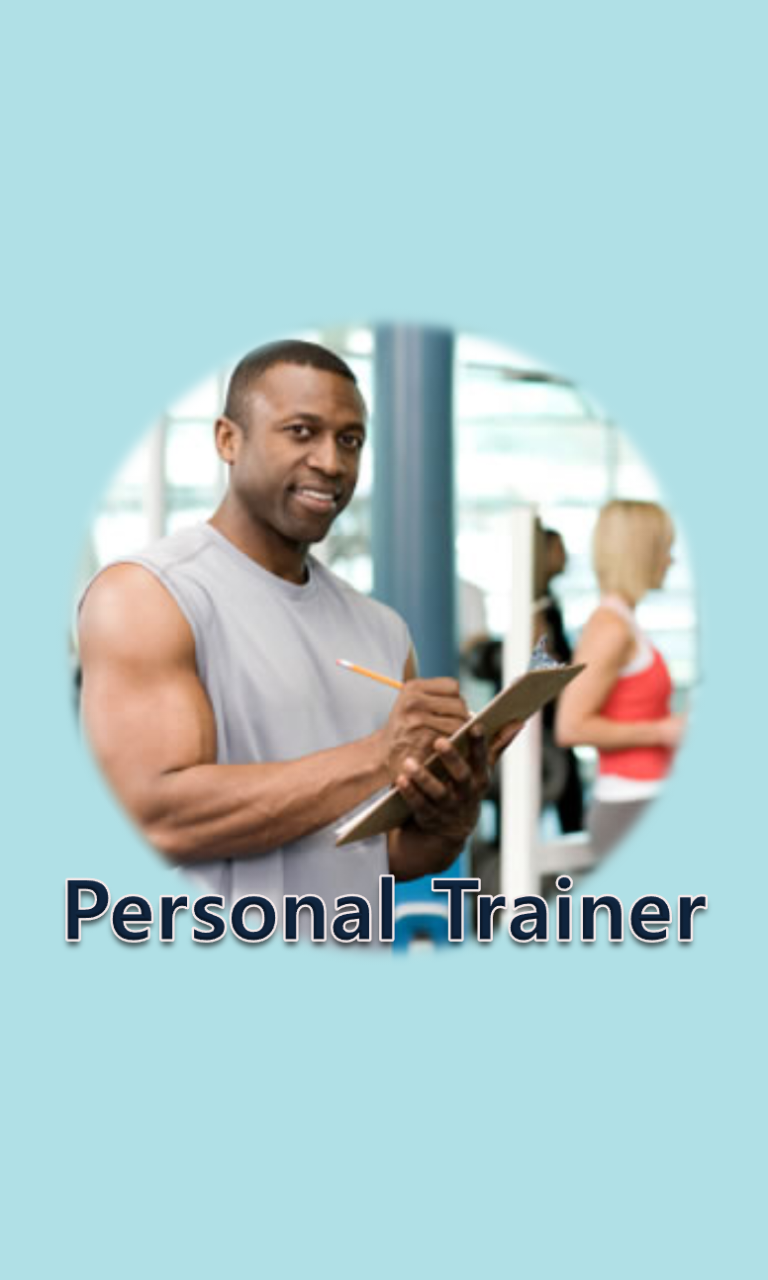
Repository: LewisLim579/2013TeamProject
Layout: PtsApp/res/layout/loading.xml
An editor plug-in stored every save of this project. The layout is shown before and after the next save, followed by the edit.
It is drawn on a 768 x 1280 px phone screen (xhdpi) without system bars, with theme AppTheme; the app's code is not run.

Above is the layout before, as saved 2013-05-22 02:27:35.

### PtsApp/res/layout/loading.xml
<RelativeLayout xmlns:android="http://schemas.android.com/apk/res/android"
    android:layout_width="fill_parent"
    android:layout_height="fill_parent"
    android:background="#B0e0e6"
    android:orientation="vertical"
     >

    <ImageView
        android:id="@+id/imageView2"
        android:layout_width="wrap_content"
        android:layout_height="450dp"
        android:layout_alignParentBottom="true"
        android:layout_alignParentLeft="true"
        android:layout_alignParentTop="true"
        android:src="@drawable/main" />

    <RelativeLayout
        android:layout_width="wrap_content"
        android:layout_height="wrap_content"
        android:layout_alignParentBottom="true"
        android:layout_alignParentLeft="true"
        android:layout_alignParentRight="true"
        android:layout_below="@+id/imageView2"
        android:background="#4682b4" >

        <TextView
            android:id="@+id/textView1"
            android:layout_width="wrap_content"
            android:layout_height="wrap_content"
            android:layout_centerHorizontal="true"
            android:layout_centerVertical="true"
            android:gravity="center|center_vertical"
            android:text="2013 Software Engineering by PTS"
            android:textAppearance="?android:attr/textAppearanceMedium"
            android:textColor="#fffff0" />

    </RelativeLayout>

</RelativeLayout>

Loaded but not shown: PtsApp/res/values/styles.xml (common file); PtsApp/res/values-v11/styles.xml (common file); PtsApp/res/values-v14/styles.xml (common file)

After the next save:
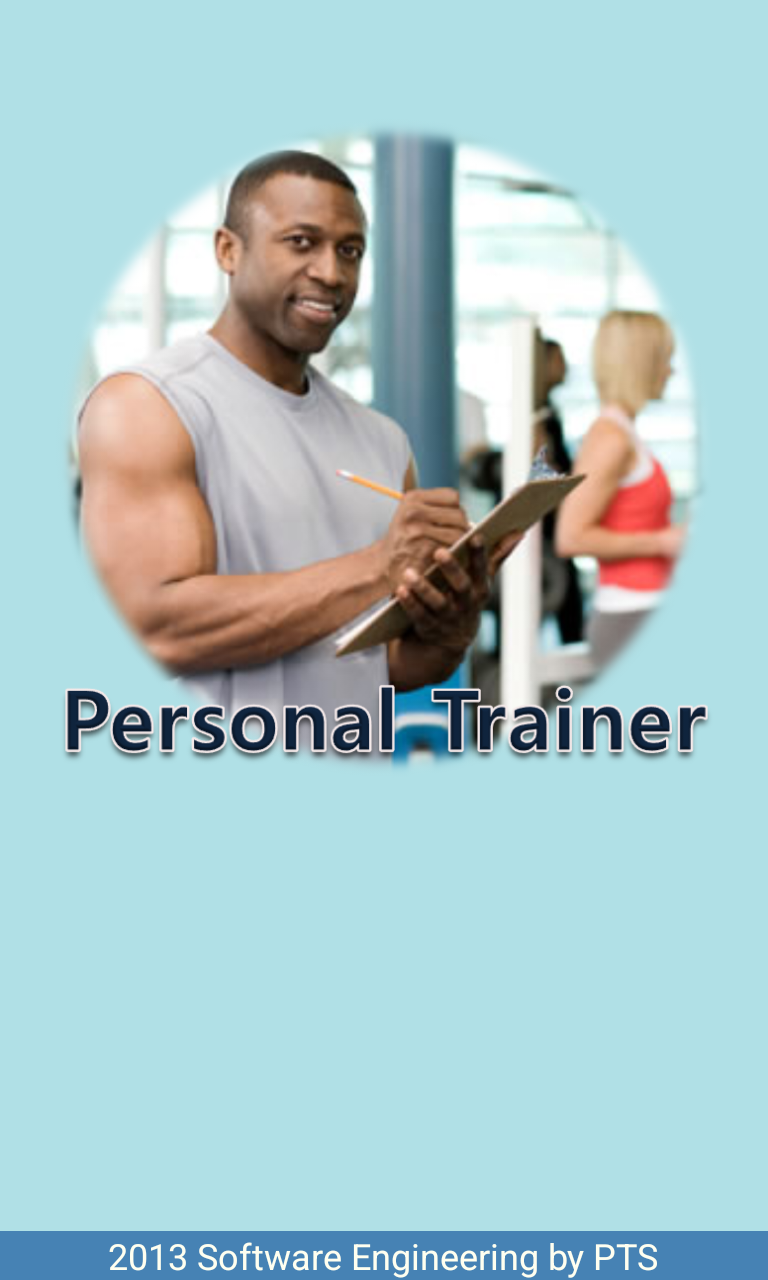
Saved 71 min 17 s later.
--- a/PtsApp/res/layout/loading.xml
+++ b/PtsApp/res/layout/loading.xml
@@ -8,8 +8,7 @@
     <ImageView
         android:id="@+id/imageView2"
         android:layout_width="wrap_content"
-        android:layout_height="450dp"
-        android:layout_alignParentBottom="true"
+        android:layout_height="wrap_content"
         android:layout_alignParentLeft="true"
         android:layout_alignParentTop="true"
         android:src="@drawable/main" />
@@ -20,7 +19,6 @@
         android:layout_alignParentBottom="true"
         android:layout_alignParentLeft="true"
         android:layout_alignParentRight="true"
-        android:layout_below="@+id/imageView2"
         android:background="#4682b4" >
 
         <TextView
